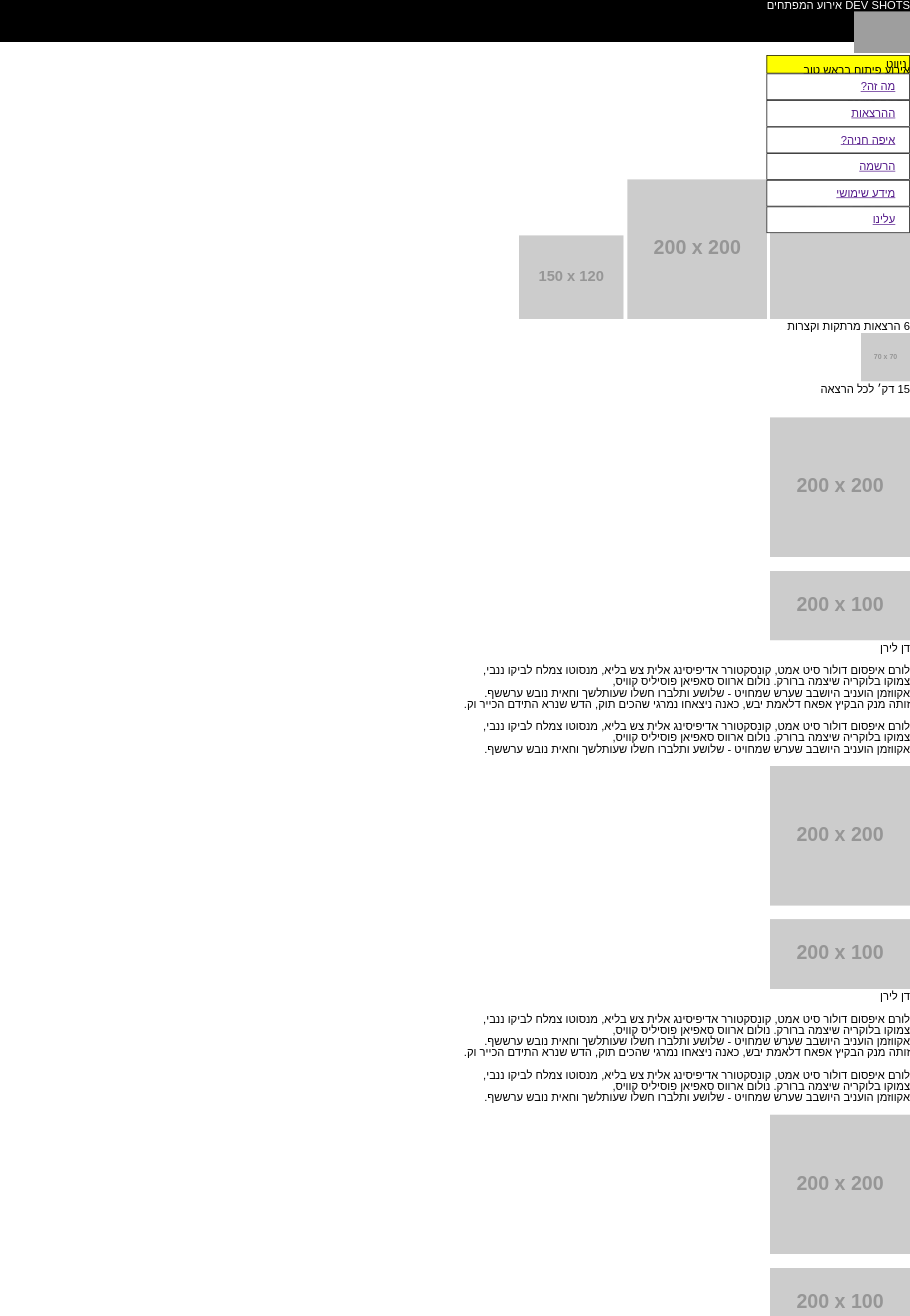
Repository: Julian-Escobar/DevShots
Page: index.html
These files come from the project's save history. The page is drawn as it stood at one moment and after the next save; the edit follows.
The browser window is 1280 px wide. The page is 1300 px wide, then 1280 px, so the pictures cover 1300 px, including what lies to the right of the window. The pictures show the part of the page from y = 0 to 1880 px (the page is 5922 px tall), at 70% of full size.
Pictures or frames that could not be fetched are drawn as grey boxes.

Above is the page before, as saved 2018-08-28 09:39:10.

After the next save:
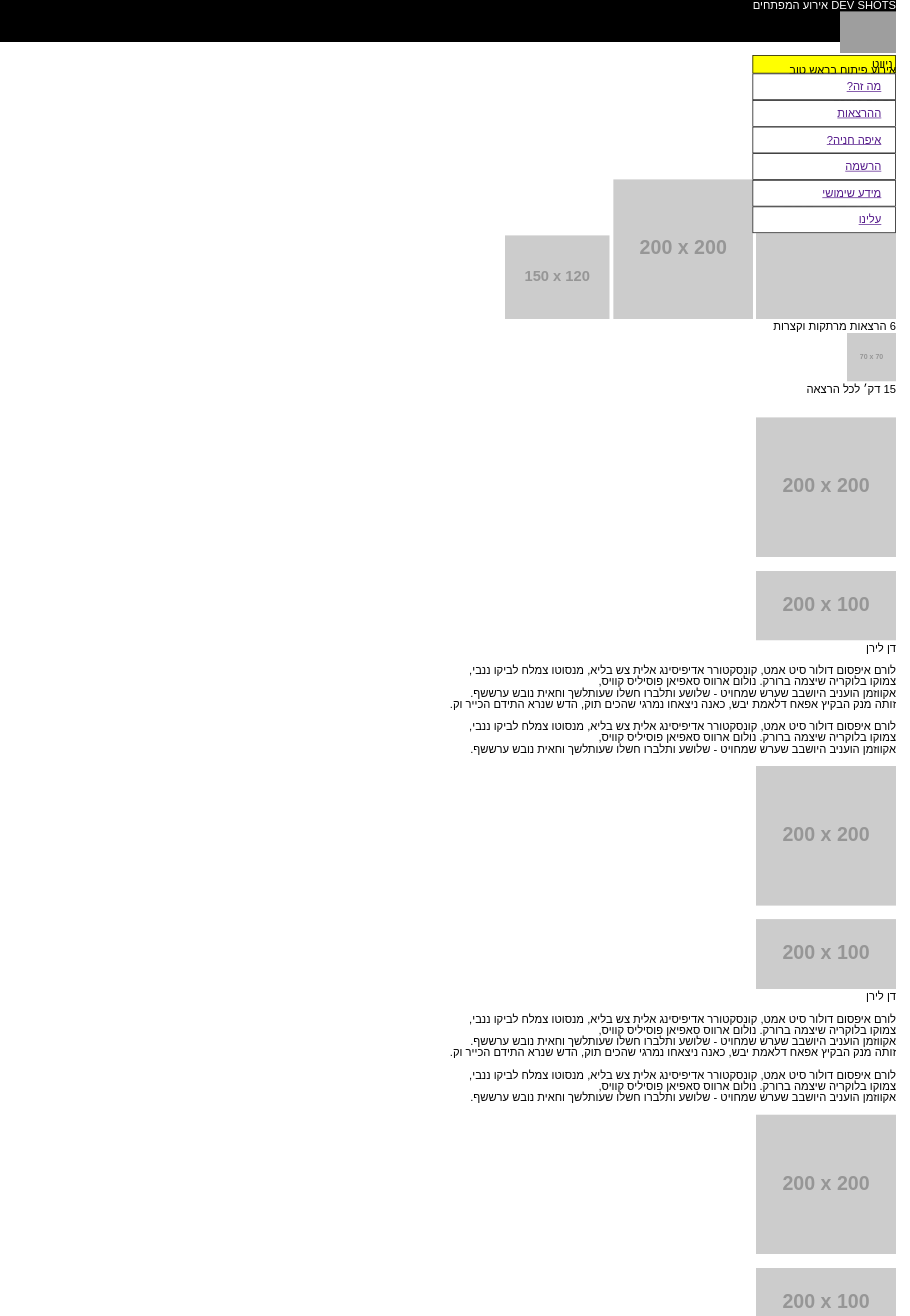
Saved 94 s later.
--- a/index.html
+++ b/index.html
@@ -12,8 +12,8 @@
   </head>
   <body>
       <!--header-->
-       <header class="headerconteiner">
-      <div>  <h2 class="title">   DEV SHOTS אירוע המפתחים  </h2>
+       <header>
+      <div class="conteiner1">  <h2 class="title">   DEV SHOTS אירוע המפתחים  </h2>
        <div ><a ></a><img class="netcraftlogo" src="https://cdn.dribbble.com/users/277968/screenshots/1639449/netcraftdev_1x.png" alt="netcraft logo"></a> </div>
         <div class="dropdownnav"> <nav>
             <ul>
